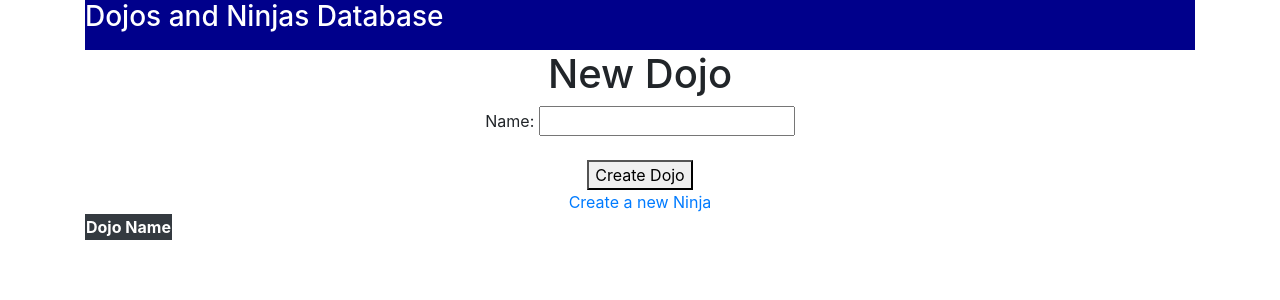
Repository: Java-October-2020/Lance-S-Assignments
Page: http://localhost/dojosAndNinjas/WEB-INF/new.jsp
The author's editor kept a copy of each file at every save. The page is drawn from the files as they stood at one save, then again after the next save.
The browser window is 1280 px wide. The pictures show the whole page.
The page is served by Tomcat 9. Nobody is signed in. Other server files are loaded and not shown. The template is opened directly, without the code that normally fills it, so the values that code supplies are empty.

Above is the page before, as saved 2020-10-31 04:06:55.

### dojosAndNinjas/src/main/webapp/WEB-INF/new.jsp
<%@ page language="java" contentType="text/html; charset=UTF-8" pageEncoding="UTF-8"%>
<%@ taglib prefix="c" uri="http://java.sun.com/jsp/jstl/core" %>
<%@ taglib prefix="form" uri="http://www.springframework.org/tags/form" %>
<!DOCTYPE html>
<html>
<head>
	<meta charset="ISO-8859-1">
		<link href="https://stackpath.bootstrapcdn.com/bootstrap/4.3.1/css/bootstrap.min.css"
				rel="stylesheet"
				integrity="sha384-ggOyR0iXCbMQv3Xipma34MD+dH/1fQ784/j6cY/iJTQUOhcWr7x9JvoRxT2MZw1T"
				crossorigin="anonymous">
		<link href="/css/stylesheet.css" rel="stylesheet" type="text/css"/>
	<title>Add a Dojo</title>
	</head>
<body>
	<div class="container">
		<div class="header">
			<h3>Dojos and Ninjas Database</h3>
		</div>
		<div class="form">
				<h1>New Dojo</h1>
				<form:form action="/dojo/new" method="POST" modelAttribute="dojo">
				<div class="form-group">
					<form:label path="name">Name:
					<form:errors path="name"/>
					<form:input path="name"/>
				</form:label>
				</div>
					<button>Create Dojo</button>
					</form:form>
		</div>

		<div class="contents">
			<a href="/ninjas/new">Create a new Ninja</a>
			<table class="table-dark">
				<thead class="table-dark">
					<th>Dojo Name</th>
				</thead>
				<tbody>
					<c:forEach items="${dojos}" var="dojo">
						<tr>
							<td>
								<a href="/dojos/${dojo.id}">${dojo.name}</a>
							</td>
						</tr>
					</c:forEach>
				</tbody>
			</table>
		</div>
	</div>
</body>
</html>

### dojosAndNinjas/src/main/resources/static/css/stylesheet.css
@charset "UTF-8";
*
{
	margin: 0px;
}
.header
{
	width: 100%;
	height: 50px;
	background-color: darkblue;
}
	.header h3
	{
		color: white;
	}
.contents
{
	text-align: center;
}
.form
{
	text-align: center;
}

After the next save:
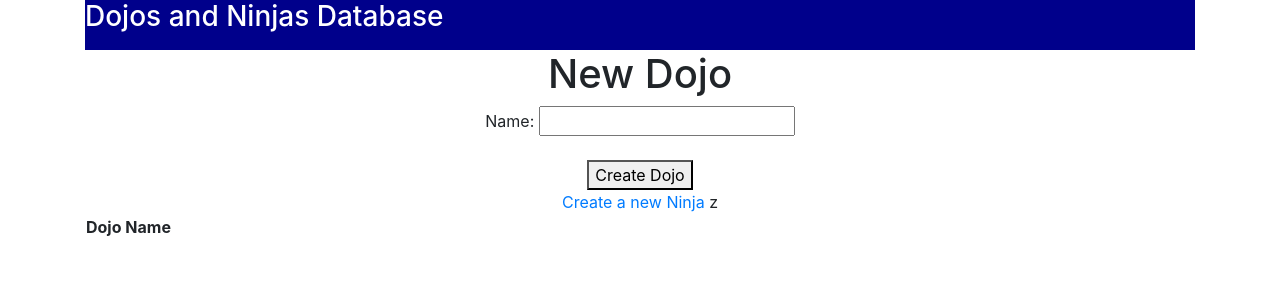
Saved 24 s later.
--- a/dojosAndNinjas/src/main/webapp/WEB-INF/new.jsp
+++ b/dojosAndNinjas/src/main/webapp/WEB-INF/new.jsp
@@ -32,8 +32,8 @@
 
 		<div class="contents">
 			<a href="/ninjas/new">Create a new Ninja</a>
-			<table class="table-dark">
-				<thead class="table-dark">
+			<table>
+				<thead>
 					<th>Dojo Name</th>
 				</thead>
 				<tbody>
@@ -44,7 +44,7 @@
 							</td>
 						</tr>
 					</c:forEach>
-				</tbody>
+				</tbody>z
 			</table>
 		</div>
 	</div>
